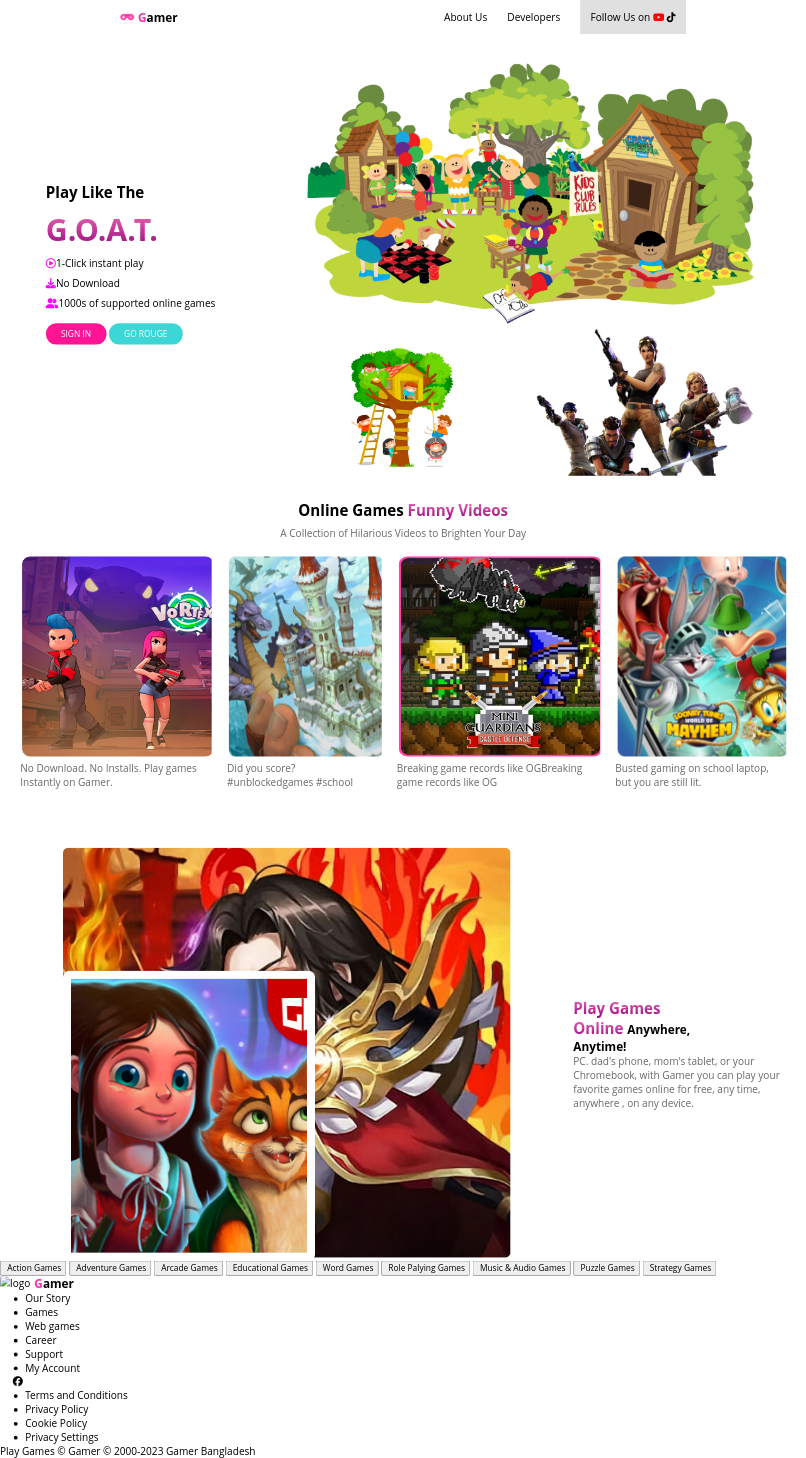
Repository: sadiaafsana138/Gamer-Zone
Page: index.html
The author's editor kept a copy of each file at every save. The page is drawn from the files as they stood at one save, then again after the next save.
The browser window is 1280 px wide. The pictures show the whole page, at 63% of full size.
Some web libraries are served in a nearby version.

Above is the page before, as saved 2023-09-06 18:19:47.

After the next save:
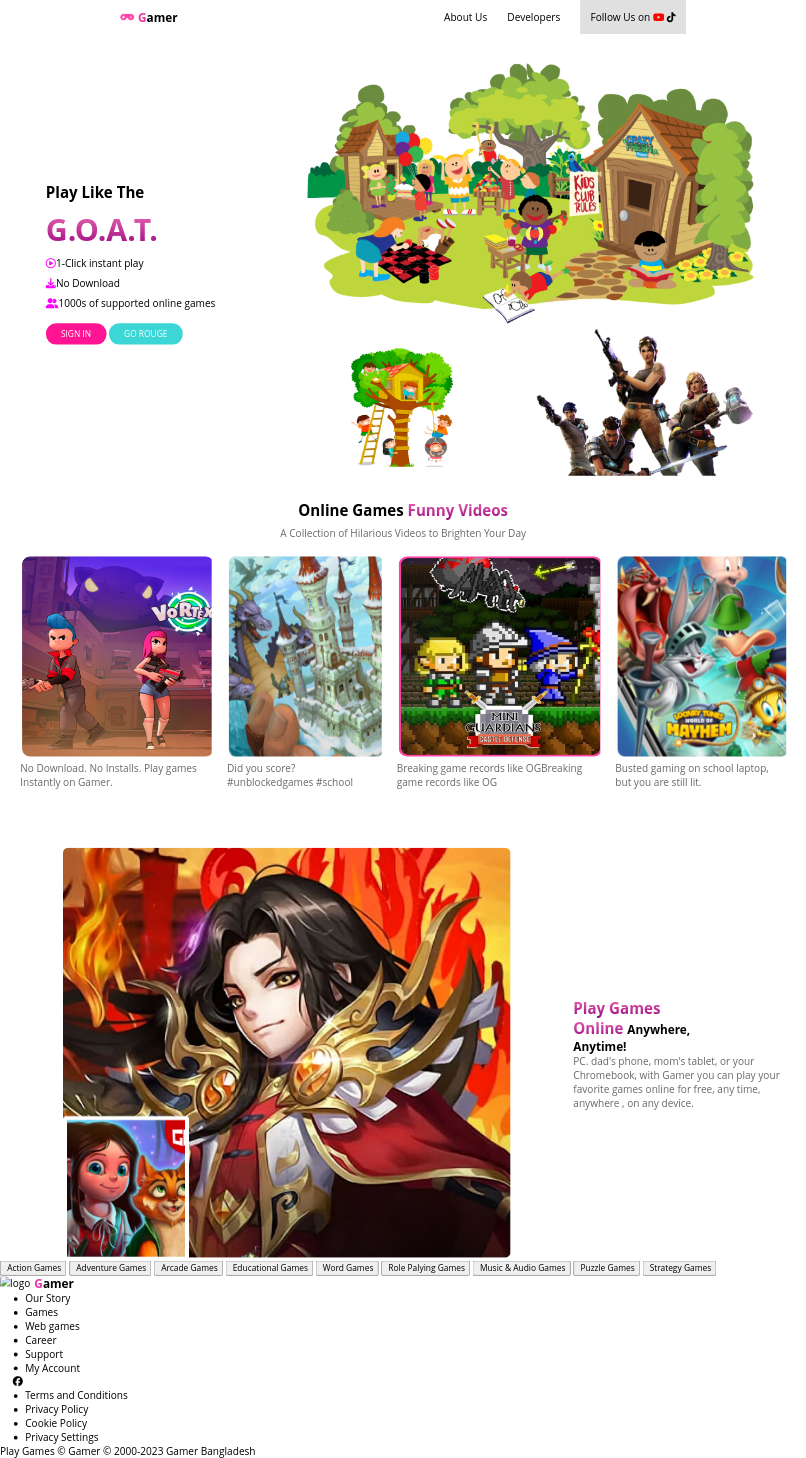
Saved 28 s later.
--- a/styles.css
+++ b/styles.css
@@ -142,7 +142,7 @@
 #section4image2 {
     position: relative;
     width: 100%;
-    max-width: 400px;
+    max-width: 200px;
     height: auto;
 }
 
